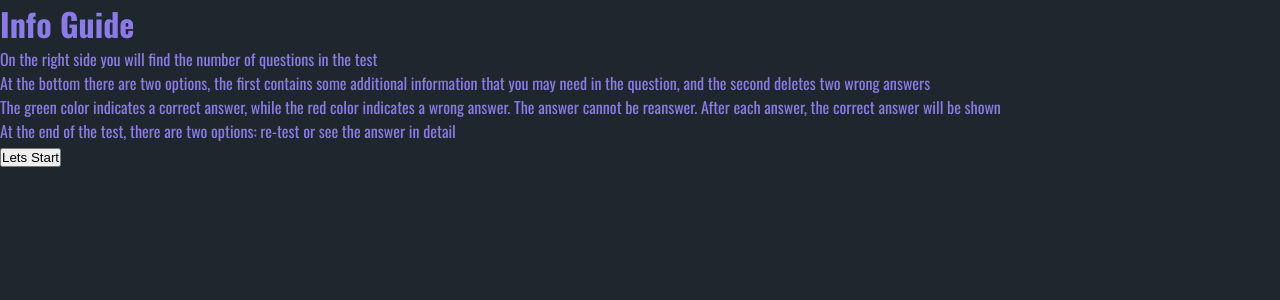
Repository: abdelrahmanahmed20021/Quiz-Platform
Page: index.html
An editor plug-in stored every save of this project. The page is shown before and after the next save, followed by the edit.
The browser window is 1280 px wide. The pictures show the whole page.

Above is the page before, as saved 2023-01-12 00:48:34.
Console error: TypeError: Cannot read properties of null (reading 'addEventListener')

### index.html
<!DOCTYPE html>
<html lang="en">

    <head>
        <!-- ======== Meta =========== -->
        <meta charset="UTF-8">
        <meta http-equiv="X-UA-Compatible" content="IE=edge">
        <meta name="viewport" content="width=device-width, initial-scale=1.0">
        <title>Question || Platform</title>
        <!-- ======== Links =========== -->
        <link rel="stylesheet" href="./styles/index.css">
        <link rel="stylesheet" href="./styles/responsive.css">
        <!-- ======== Links =========== -->
    </head>

    <body>
        <div class="black-wolf">
            <h1>Info Guide</h1>
            <ul>
                <li>On the right side you will find the number of questions in the test</li>
                <li>At the bottom there are two options, the first contains some additional information that you may need in the question, and the second deletes two wrong answers</li>
                <li>The green color indicates a correct answer, while the red color indicates a wrong answer. The answer cannot be reanswer. After each answer, the correct answer will be shown</li>
                <li>At the end of the test, there are two options: re-test or see the answer in detail</li>
            </ul>
            <button>Lets Start</button>
        </div>
        <div id="poper_img" class="hide_poper">
            <img class="src_quesion_img" src="" alt="">
            <span class="poper_deleter">X</span>
            <h1></h1>
        </div>
        <section>
            <div class="audio_cotroll">
                <audio src="./assets/1.mp3" class="audio"></audio>
                <img src="./assets/play.svg" alt="">
                <img src="./assets/stop.svg" class="active" alt="">
            </div>
            <div class="container_1">
                <div class="start_btn flex">
                    <button class="description description_hidde">See Explanation</button>
                    <button id="start_quest" class="hover">Start</button>
                </div>
                <span class="quest_index border"></span>
                <div class="quest_content">
                    <div class="quset_cont flex border"></div>
                    <div class="box flex">
                        <div class="answers flex">
                            <span class="answer border hover" answer='a'></span>
                            <span class="answer border hover" answer='b'></span>
                            <span class="answer border hover" answer='c'></span>
                            <span class="answer border hover" answer='d'></span>
                        </div>
                    </div>
                </div>
            </div>

            <div class="container_2">
                <div class="quest_index_num border flex"></div>
                <div class="icons_helper flex">
                    <div class="remove_2 border flex hover">0.5</div>
                    <div class="google border poper_appender hover flex">Info</div>
                </div>
            </div>
        </section>
        <script type="module" src="./script/index.js"></script>
    </body>

</html>

### styles/index.css
/* ========= Import || Font ||  ========= */
@import url('https://fonts.googleapis.com/css2?family=Oswald:wght@200;300;400;500;600;700&display=swap');
/* ========= Import || Font ||  ========= */




/* ========= Set || Variables ||  ========= */
:root {
    --mainColor: #1e272e;
    --primaryColor: #d2dae2;
    --lightColor: #8c7ae6;
    --greenColor: #218c74;
    --redColor: #b33939;
    --mainFont: 'Oswald', sans-serif;
    --mainPadding: 40px;
    --primaryPadding: 20px;
    --mainFontSize: 1.2rem;
    --primaryFontSize: .72rem;
    --mainFontWigth: 500;
    --primaryFontWigth: 700;
}

/* ========= Set || Variables ||  ========= */




/* ========= Golbal || Styles ||  ========= */
*>*,
*::after,
*::before {
    padding: 0;
    margin: 0;
    box-sizing: border-box;
    transition: all .5s ease-in-out;
    user-select: none;
    user-zoom: none;
    -webkit-user-drag: none;
}

body {
    background-color: var(--mainColor);
    font-family: var(--mainFont);
}

.flex {
    display: flex;
    align-items: center;
    justify-content: center;
}

.box {
    height: 50%;
}

.border {
    border: 2px solid var(--lightColor);
    border-radius: 10px;
}

.hover:hover {
    background-color: var(--lightColor) !important;
    color: var(--primaryColor) !important;
}

.hover_min_width:active {
    background-color: var(--lightColor) !important;
    color: var(--primaryColor) !important;
}

::-webkit-scrollbar {
    width: 5px;
}

::-webkit-scrollbar-thumb {
    background-color: var(--greenColor);
    border-radius: 10px;
}

/* ========= Golbal || Styles ||  ========= */



/* ========= Main || ElE || Styles ||  ========= */
body>section {
    display: flex;
    height: 100vh;
    padding: 30px;
}

body>section .container_1 {
    width: 70%;
    height: 100%;
}

body>section .container_2 {
    width: 30%;
    height: 100%;
    overflow: hidden;
}

body>section .container_1 .start_btn {
    height: 35%;
    gap: 30px;
}

/* ========= Main || ElE || Styles ||  ========= */

/* ========= Audio || Styles ||  ========= */

body>section>.audio_cotroll {
    position: relative;
}

body>section>.audio_cotroll img {
    top: 0;
    left: 0;
    cursor: pointer;
    position: absolute;
    width: 0;
    height: 0;
    opacity: 0;
}

body>section>.audio_cotroll .active {
    opacity: 1;
    z-index: 100;
    width: auto;
    height: auto;
}

/* ========= Audio || Styles ||  ========= */


/* ========= Container || One || Styles ||  ========= */
body>section .container_1 .start_btn button {
    padding: var(--primaryPadding);
    width: 200px;
    border: 0;
    outline: 0;
    border-radius: 10px;
    font-size: var(--mainFontSize);
    background-color: var(--primaryColor);
    color: var(--lightColor);
    cursor: pointer;
    font-weight: var(--mainFontWigth);
}
body>section .container_1 .start_btn button:hover{
    background-color: var(--lightColor);
    color: var(--mainColor);
}
body>section .container_1 .quest_content {
    height: 65%;
    padding: var(--mainPadding) var(--primaryPadding);
}

body>section .container_1 .quest_content .quset_cont {
    position: relative;
    height: 50%;
    font-size: var(--mainFontSize);
    color: var(--lightColor);
    background-color: transparent;
    padding: 90px;
}
body > #poper_img{
    background-color: #466bdb46;
    backdrop-filter: blur(10px);
    position: fixed;
    top: 0;
    bottom: 0;
    left: 0;
    right: 0;
    z-index: 1000;
    display: flex;
    justify-content: center;
    align-items: center;
}

@media screen and (max-width:675px){
    body > #poper_img img{
        width: 85%;
    }
}

@media screen and (min-width:676px) and (max-width:976px){
    body > #poper_img img{
        width: 90%;
    }
}
body > #poper_img span{
    position: absolute;
    top: 20px;
    left: 20px;
    font-size: 2rem;
    cursor: pointer;
    font-weight: bold;
    font-family: sans-serif;
    color: #e1b12c;
}
body>section .container_1 .quest_index {
    padding: 2px 10px;
    font-size: 16px;
    color: var(--lightColor);
}

body>section .container_1 .quest_content .answers {
    width: 100%;
    justify-content: center;
    flex-wrap: wrap;
}

body>section .container_1 .quest_content .answers span {
    width: 46%;
    margin: 5px;
    min-height: 40px;
    text-align: center;
    padding: 5px 0;
    cursor: pointer;
    color: var(--lightColor);
}


/* ========= Container || One || Styles ||  ========= */




/* ========= Container || Two || Styles ||  ========= */
body>section .container_2 .quest_index_num {
    justify-content: space-between;
    flex-direction: column-reverse;
    min-height: 68%;
    max-height: 68%;
    padding-bottom: 400px;
    margin-bottom: 30px;
    overflow: auto;
}


body>section .container_2 .quest_index_num p {
    display: block;
    width: 100%;
    text-align: center;
    color: var(--primaryColor);
    padding: 15px;
}

body>section .container_2 .quest_index_num .correct_answer {
    background-color: transparent !important;
    color: var(--greenColor) !important;
}

body>section .container_2 .quest_index_num .falsey_answer {
    background-color: transparent !important;
    color: var(--primaryColor) !important;
}

body>section .container_2 .icons_helper {
    justify-content: space-evenly;
    height: 20%;
}

body>section .container_2 .icons_helper .remove_2 {
    width: 80px;
    height: 80px;
    cursor: pointer;
    color: var(--lightColor);
}

body>section .container_2 .icons_helper .google {
    cursor: pointer;
    width: 80px;
    height: 80px;
}

/* ========= Container || Two || Styles ||  ========= */

/* ========= Actives || Class || Styles ||  ========= */
.active_point_quest {
    color: var(--lightColor) !important;
    font-weight: var(--primaryFontWigth);
    font-size: var(--mainFontSize);
}

.falsey_answer {
    background-color: var(--redColor) !important;
    color: var(--lightColor) !important;
}
.falsey_answer_p{
    color: red !important;
}
.correct_answer {
    background-color: var(--greenColor) !important;
    color: var(--lightColor) !important;
}

.hidde_animate_btn {
    transform: scale(0);
    width: 0;
}
.poper_appender{
    color: var(--lightColor);
}
.hide_poper{
    display: none !important;
}
.description_hidde{
    display: none;
}
.black-wolf{
    position: absolute;
    z-index: 1000;
    width: 100%;
    height: 100%;
    background-color: #1e272e;
    color: var(--lightColor);
}
/* ========= Actives || Class || Styles ||  ========= */

### styles/responsive.css
/* ===========  Tablets || Sizes  =============== */
/* =============== Sm ================ */
@media screen and (min-width:360px) and (max-width:960px) {
    :root {
        --mainPadding: 20px;
        --primaryPadding: 10px;
        --mainFontSize: 1rem;
        --mainFontWigth: 400;
        --primaryFontWigth: 500;
    }

    body>section {
        flex-direction: column;
        padding: 20px 10px;
    }

    body>section .container_1 {
        width: 100%;
        height: 70%;

    }

    body>section .container_1 .start_btn {
        height: 20%;
    }

    body>section .container_2 {
        width: 100%;
        height: 30%;
    }

    body>section .container_2 .quest_index_num {
        min-height: 58%;
        max-height: 58%;
        padding-bottom: 0;
        padding-left: 400px;
    }

    body>section .container_2 .icons_helper {
        justify-content: space-between;
    }

    body>section .container_1 .quest_content .quset_cont {
        padding: 40px;
    }

    body>section .container_1 .quest_content .answers span {
        font-size: var(--primaryFontSize);
        font-weight: var(--primaryFontWigth);
    }

    body>section .container_2 .icons_helper .remove_2 {
        width: 60px;
        height: 60px;
    }

    body>section .container_2 .icons_helper .google {
        width: 60px;
        height: 60px;
    }

}

/* =============== Sm ================ */
/* ===========  Tablets || Sizes  =============== */

### script/index.js
import { data } from './../auth/data.js';
//============= Set || Nodes || ==================>
const audio = document.querySelector('.audio');
const start_quest = document.querySelector('#start_quest');
const quset_cont = document.querySelector('.quset_cont');
const quest_index = document.querySelector('.quest_index');
const answer = document.querySelector('.answers');
const quest_index_num = document.querySelector('.quest_index_num');
const remove_2 = document.querySelector('.remove_2');
const google = document.querySelector('.google');
const answers = document.querySelectorAll('.answer');
const audio_cotroll_img = document.querySelectorAll('.audio_cotroll img');
const description = document.querySelector(".description");
const src_quesion_img = document.querySelector(".src_quesion_img");
const poper_img = document.querySelector("#poper_img");
const poper_img_head = document.querySelector("#poper_img h1");
const poper_deleter = document.querySelector(".poper_deleter");
const black_btn = document.querySelector(".black-btn");
const poper_appender = document.querySelector(".poper_appender");
const black_wolf = document.querySelector(".black-wolf");
const quest_index_answer = document.querySelector(".quest_index_answer");
const sec_screen = document.querySelector(".sec_screen");
const full_screen = document.querySelector(".full_screen");
let start = 0;
let answer_data;
let right_answers = 0;
let unRight_answers = 0;
//============= Set || Nodes || ==================>
//======= Set || classes || =======>
class DrawUi {
    constructor(data, index) {
        this.data = data;
        this.index = index;
        this.state = true;
    }
    //======= Draw || All ||  Content || Ui =======>
    draw() {
        if (this.data != undefined && this.index != undefined) {
            this.stop_Quiz(this.data);
            if (this.state) {
                this.draw_Quest(this.data);
                this.draw_Quest_line(this.data);
            }
        }
        else {
            console.warn('please Enter data src and index of start');
        }
    }
    //======= Draw || All ||  Content || Ui =======>
    //======= Draw || Questions || Answers =======>
    draw_Quest(values) {
        let recust = ['a', 'b', 'c', 'd'];
        quset_cont.innerHTML = `<p>${values[this.index].quest}</p>`;
        src_quesion_img.src = `${values[this.index].img}`;
        if (values[this.index].img != "") {
            poper_img_head.innerText = "";
        }
        else {
            poper_img_head.innerText = "No Image At This Question";
        }
        answers.forEach((ele, index) => {
            ele.innerText = values[this.index][recust[index]];
        });
        quest_index.innerText = `Question : ${this.index + 1}`;
        quest_index_answer.innerText = `SCORE : ${right_answers} / ${values.length}`;
    }
    //======= Draw || Questions || Answers =======>
    //======= Draw || Questions || Lines =======>
    draw_Quest_line(values) {
        const quest_index_num_elements = quest_index_num.children;
        if (quest_index_num_elements.length == 0) {
            values.forEach((ele, index) => {
                quest_index_num.innerHTML += `<p>Q.${index + 1}</p>`;
            });
        }
        Array.from(quest_index_num_elements).forEach(ele => {
            ele.classList.remove('active_point_quest');
        });
        quest_index_num_elements[this.index].classList.add('active_point_quest');
    }
    //======= Draw || Questions || Lines =======>
    //======= Check || Index || Stop "Quiz" =======>
    stop_Quiz(values) {
        if (this.index > values.length - 1) {
            this.state = false;
        }
    }
}
class Checker {
    constructor() {
        this.darwer = new DrawUi(data, start);
        this.quest_index_num = quest_index_num.children;
    }
    //======= Check || All ||  Content || Answers =======>
    main_checker(ele) {
        this.answer_check(this.darwer.data);
        this.line_check(this.darwer.data, ele);
        this.Repeat(this.darwer.data);
    }
    //======= Check || All ||  Content || Answers =======>
    //======= Set|| All ||  Content || Answers =======>
    set_answers(data, state, statement) {
        if (state) {
            answers.forEach(ele => {
                if (ele.getAttribute('answer') != data[this.darwer.index].answer) {
                    ele.classList.add('falsey_answer');
                }
                else {
                    ele.classList.add('correct_answer');
                }
                if (statement) {
                    setTimeout(() => {
                        ele.classList.remove('falsey_answer');
                        ele.classList.remove('correct_answer');
                    }, 1200);
                }
            });
        }
    }
    //======= Set|| All ||  Content || Answers =======>
    //======= Set || All ||  Styles || Answers =======>
    answer_check(data) {
        if (this.darwer.index < data.length && this.darwer.index != data.length - 1) {
            this.set_answers(data, true, true);
        }
        else {
            this.set_answers(data, true, false);
        }
        setTimeout(() => {
            this.darwer.draw();
        }, 1200);
    }
    //======= Set || All ||  Styles || Answers =======>
    //======= Set || All ||  Styles || Answers || Lines =======>
    line_check(data, ele) {
        if (this.darwer.index < data.length) {
            if (ele.getAttribute('answer') == data[this.darwer.index].answer) {
                this.quest_index_num[this.darwer.index].classList.add('correct_answer');
                this.darwer.index++;
                right_answers++;
            }
            else {
                this.quest_index_num[this.darwer.index].classList.add('falsey_answer_p');
                this.darwer.index++;
                unRight_answers++;
            }
        }
    }
    //======= Set || All ||  Styles || Answers || Lines =======>
    //======= Reapet_Quiz || =======>
    Repeat(data) {
        if (this.darwer.index == data.length) {
            start_quest.classList.remove('hidde_animate_btn');
            description === null || description === void 0 ? void 0 : description.classList.remove("description_hidde");
            start_quest.innerText = 'Repeat';
            start_quest.addEventListener('click', () => {
                location.reload();
            });
        }
    }
}
class Delet {
    constructor(ele, data, index) {
        this.ele = ele;
        this.data = data;
        this.index = index;
    }
    swper() {
        if (this.ele.innerText == '0.5') {
            this.get_data();
        }
        else {
            window.open('https://google.com/');
        }
    }
    get_data() {
        this.delete(data);
    }
    delete(data) {
        if (quset_cont.innerText != '') {
            let falsey_data = [];
            Array.from(answers).filter((ele, index) => {
                if (ele.getAttribute('answer') != data[this.index].answer) {
                    falsey_data.push(index);
                }
            });
            answers[falsey_data[0]].innerText = '';
            answers[falsey_data[1]].innerText = '';
        }
    }
}
//======= Set || classes || =======>
//======= Start || Quiz || App =======>
start_quest.addEventListener('click', start_app);
function start_app(e) {
    if (sec_screen.requestFullscreen) {
        sec_screen.requestFullscreen();
        full_screen.innerText = "Close the full page Mode";
    }
    //======= Audio || Controls =======>
    audio.play();
    audio_cotroll_img[1].classList.remove('active');
    audio_cotroll_img[0].classList.add('active');
    //======= Audio || Controls =======>
    //======= Draw || Ui || Class =======>
    const play = new DrawUi(data, start);
    play.draw();
    //======= Draw || Ui || Class =======>
    //======= Checker || In || Chossen =======>
    const chek = new Checker();
    answers.forEach(ele => {
        ele.addEventListener('click', (e) => {
            chek.main_checker(e.target);
            quest_index_num.scrollTop = -45 * (unRight_answers + right_answers);
        });
    });
    //======= Checker || In || Chossen =======>
    //======= Delet || Button || And Event =======>
    e.target.classList.add("hidde_animate_btn");
    e.target.removeEventListener('click', start_app);
    //======= Delet || Button || And Event =======>
    //======= Remove || Two || Answers =======>
    remove_2.addEventListener("click", (e) => {
        const deleter = new Delet(e.target, chek.darwer.data, chek.darwer.index);
        deleter.swper();
    });
    //======= Remove || Two || Answers =======>
    //===== Simple || Animate ========>
    quest_index_num.style.padding = '0';
}
//======= Start || Quiz || App =======>
//======= Audio || Controller || App =======>
audio_cotroll_img.forEach(ele => {
    ele.addEventListener('click', () => {
        if (audio.paused) {
            audio_cotroll_img[1].classList.remove('active');
            audio_cotroll_img[0].classList.add('active');
            audio.play();
        }
        else if (!audio.paused) {
            audio_cotroll_img[1].classList.add('active');
            audio_cotroll_img[0].classList.remove('active');
            audio.pause();
        }
    });
});
//======= Audio || Controller || App =======>
//========= Handel  || Hover  || Effect  || in  || Small  || Deveices ||  ============>
window.addEventListener('resize', () => {
    if (window.innerWidth < 961) {
        const hover = document.querySelectorAll('.hover');
        hover.forEach(ele => {
            ele.classList.add('hover_2');
            ele.classList.remove('hover');
        });
        console.warn('resized to small delet hover');
    }
    else {
        const hover_2 = document.querySelectorAll('.hover_2');
        hover_2.forEach(ele => {
            ele.classList.add('hover');
            ele.classList.remove('hover_2');
        });
        console.warn('resized to Big add hover');
    }
});
//========= Handel  || Hover  || Effect  || in  || Small  || Deveices ||  ============>
poper_deleter === null || poper_deleter === void 0 ? void 0 : poper_deleter.addEventListener("click", () => {
    poper_img.classList.add("hide_poper");
    if (sec_screen.requestFullscreen) {
        sec_screen.requestFullscreen();
    }
});
poper_appender === null || poper_appender === void 0 ? void 0 : poper_appender.addEventListener("click", () => {
    poper_img.classList.remove("hide_poper");
    // if(document.exitFullscreen) {
    //     document.exitFullscreen();
    //   }
});
description === null || description === void 0 ? void 0 : description.addEventListener("click", () => {
    window.location.href = "info.html";
});
black_btn.addEventListener("click", () => {
    black_wolf.style.display = "none";
});
full_screen.addEventListener("click", () => {
    if (full_screen.innerText == "Close the full page Mode") {
        if (document.exitFullscreen) {
            document.exitFullscreen();
            full_screen.innerText = "Active the full page Mode";
        }
    }
    else {
        if (sec_screen.requestFullscreen) {
            sec_screen.requestFullscreen();
            full_screen.innerText = "Close the full page Mode";
        }
    }
});

Loaded but not shown: auth/data.js (318 lines, source omitted)

After the next save:
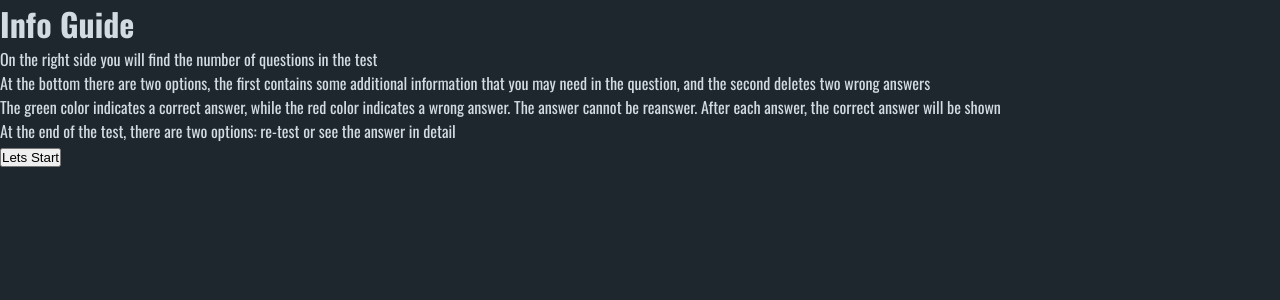
Saved 7 s later.
--- a/styles/index.css
+++ b/styles/index.css
@@ -314,6 +314,6 @@ body>section .container_2 .icons_helper .google {
     width: 100%;
     height: 100%;
     background-color: #1e272e;
-    color: var(--lightColor);
+    color: var(--primaryColor);
 }
 /* ========= Actives || Class || Styles ||  ========= */
